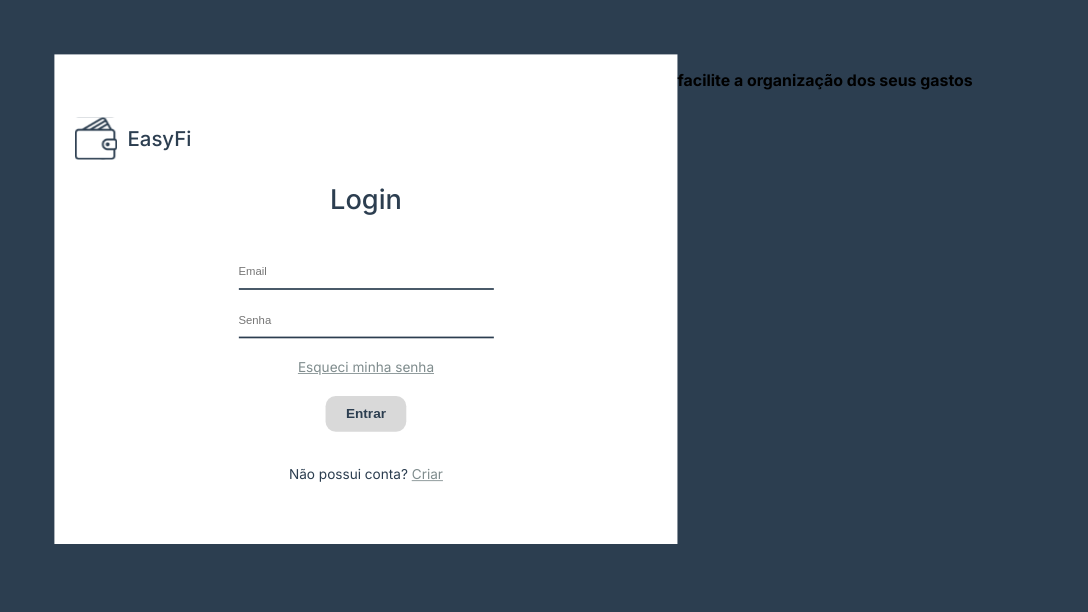
Repository: Ingridiag/projeto-engenharia
Page: login.html
An editor plug-in stored every save of this project. The page is shown before and after the next save, followed by the edit.
The browser window is 1280 px wide. The pictures show the whole page, at 85% of full size.

Above is the page before, as saved 2024-10-28 17:20:18.

After the next save:
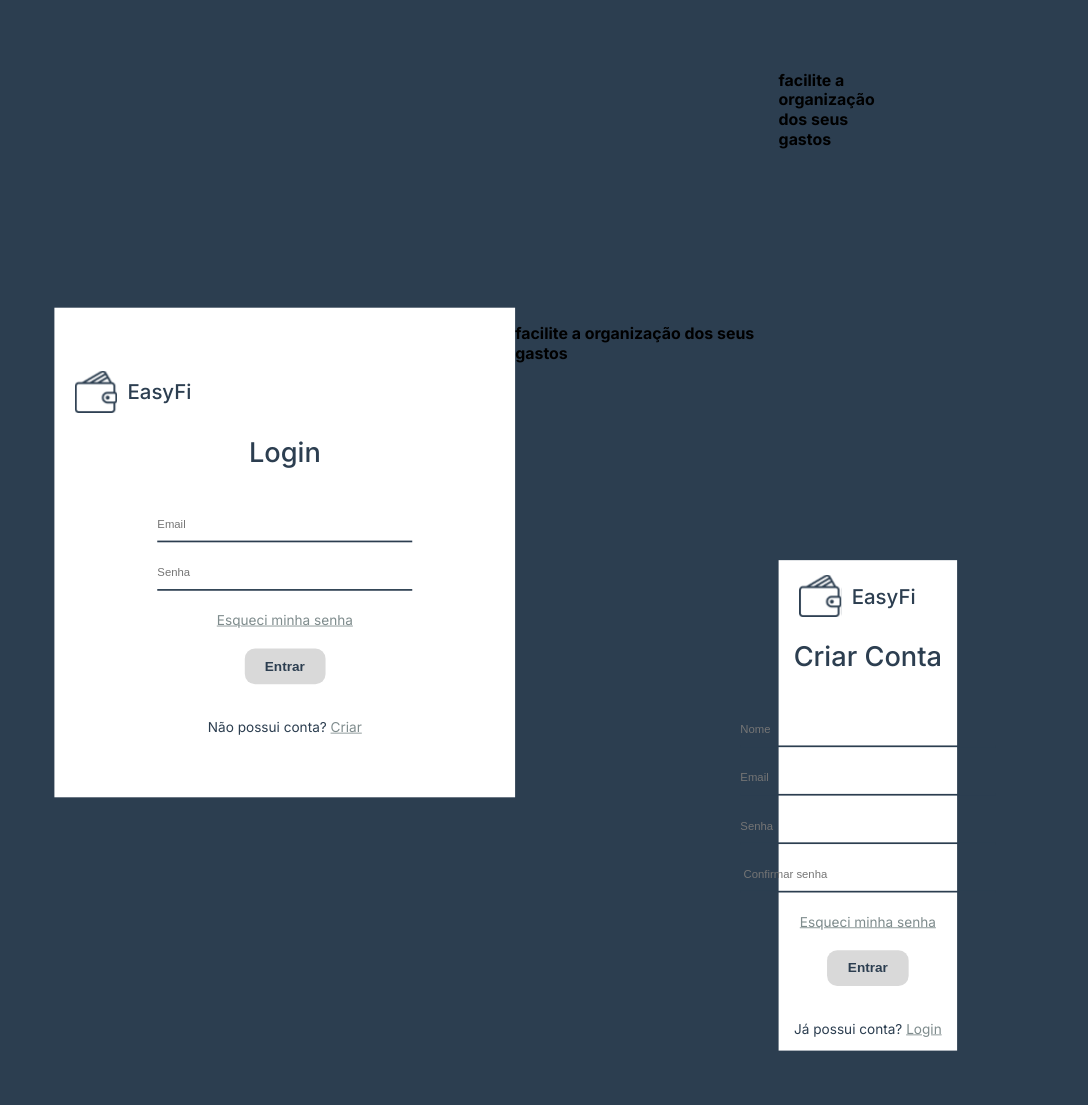
Saved 7 s later.
--- a/style.css
+++ b/style.css
@@ -103,8 +103,8 @@ body {
   height: 80vh;
   background: linear-gradient(rgba(196, 196, 196, 0.5), rgba(255, 255, 255, 0.5)), url(imagens/imagem_background.svg);
   background-position: 50% 50%;
-  background-size: cover;
-}
+  /* background-size: cover;
+} */
 
 .cadastro {
     display: none;

After the 3 saves that followed:
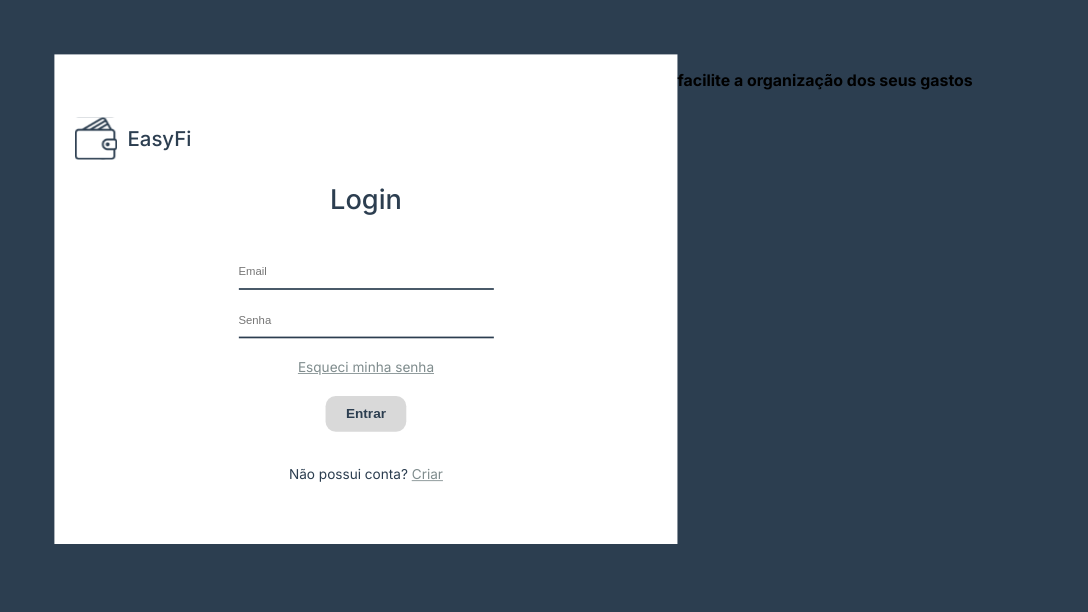
The 3 saves are shown as one change because 2 left the picture as it was.
The last was saved 34 s later.
--- a/style.css
+++ b/style.css
@@ -102,9 +102,9 @@ body {
   width: 40%;
   height: 80vh;
   background: linear-gradient(rgba(196, 196, 196, 0.5), rgba(255, 255, 255, 0.5)), url(imagens/imagem_background.svg);
-  background-position: 50% 50%;
-  /* background-size: cover;
-} */
+  /* background-position: 50% 50%; */
+  /* /* background-size: cover; */
+}
 
 .cadastro {
     display: none;
